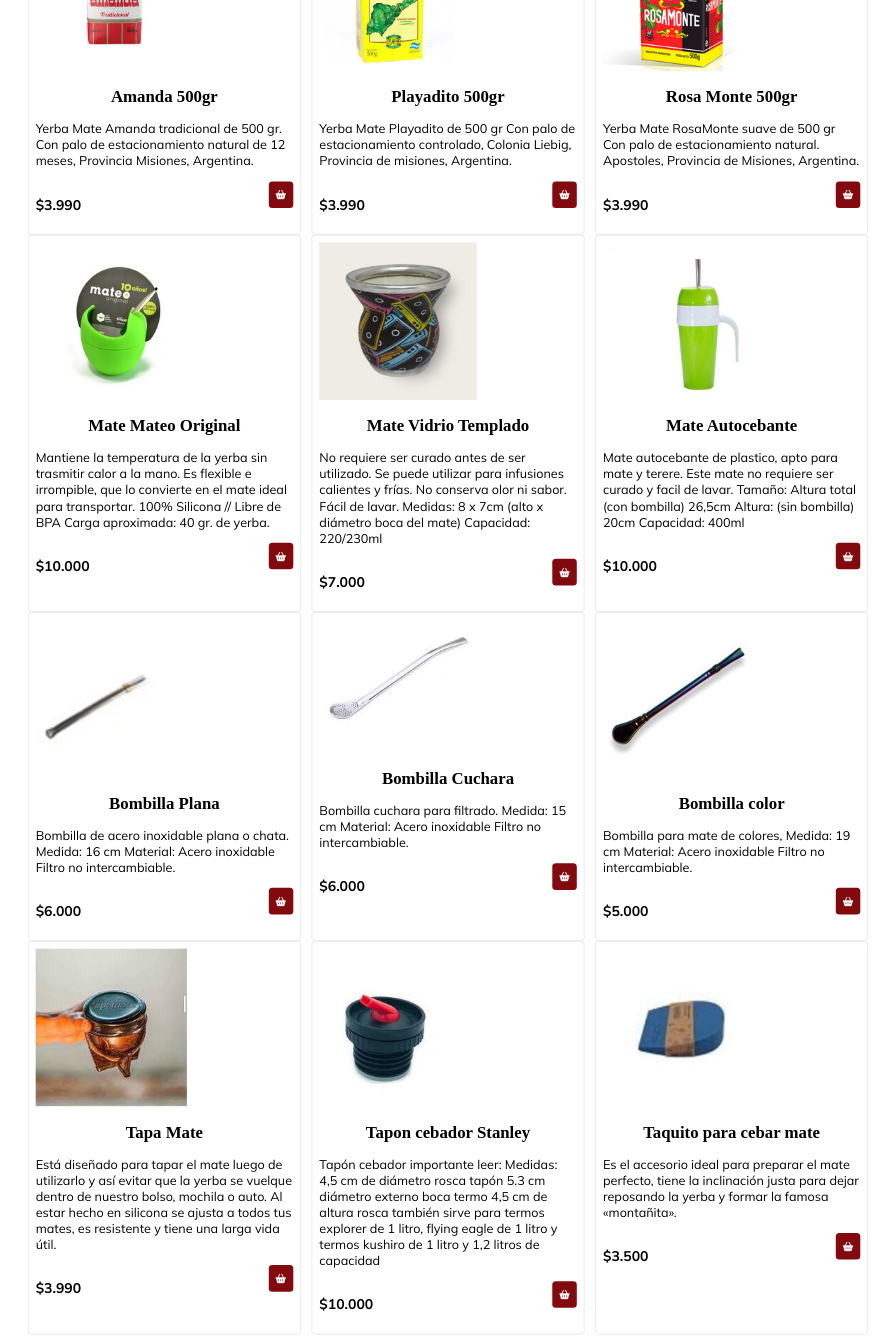
Repository: PiaTrujillo/LICANDEO-main
Page: index.html
These files come from the project's save history. The page is drawn as it stood at one moment and after the next save; the edit follows.
The browser window is 1280 px wide. The pictures show the part of the page from y = 1845 to 3765 px (the page is 3765 px tall before and 3742 px after), at 70% of full size.
A picture or video elsewhere on the page could not be fetched, so the positions and the page height are approximate. Some web fonts or font styles are not loaded; a fallback is used. Some web libraries are served in a nearby version.

Above is the page before, as saved 2023-05-12 18:42:06.

### index.html
<!DOCTYPE html>
<html lang="es">
  <head>
    <meta charset="utf-8" />
    <meta name="viewport" content="width=device-width, initial-scale=1.0" />
    <meta http-equiv="X-UA-Compatible" content="ie=edge" />
    <title>Tienda Licandeo</title>
    <script
      src="https://kit.fontawesome.com/283335a286.js"
      crossorigin="anonymous"
    ></script>
    <!--esta informacion es para el estilo de las letras estan en google font -->
    <link rel="preconnect" href="https://fonts.googleapis.com" />
    <link rel="preconnect" href="https://fonts.gstatic.com" crossorigin />
    <link
      href="https://fonts.googleapis.com/css2?family=Arima+Madurai:wght@700&family=Mulish:wght@400;700&display=swap"
      rel="stylesheet"
    />
    <link rel="stylesheet" href="css/normalize.css" />
    <link rel="stylesheet" href="css/estilos.css" />
  </head>

  <body>
    <!--Lo siguiente es el menu superior donde se establece el Logo y la navegacion-->
    <header class="encabezado">
      <div class="contenedor-navegacion">
        <!-- El Contenido-Navegacion es el padre de Logo y el menu de navegacion -->
        <div class="contenido-navegacion contenedor">
          <div class="logo">
            <!--colores a Licandeo-->
            <h2>
              Tienda <span class="">Li</span><span>can</span
              ><span class="">deo</span>
            </h2>
          </div>
          <nav class="navegacion ocultar">
            <a href="#">Inicio</a>
            <a href="#">Sobre Nosotros</a>
            <a href="#">Tienda</a>
            <a href="#">Ofertas</a>
            <a href="#">Tips Materos</a>
          </nav>
          <!--Se crea el menu desplegable-->
          <div class="hamburguesa"><span></span><span></span><span></span></div>
        </div>
      </div>
      <div class="contenido-header">
        <div class="contenedor-encabezado">
          <div class="texto-encabezado">
            <h2>Tienda Licandeo</h2>
            <a href="#" class="btn bordes">Un Mate</a>
          </div>
          <video autoplay loop muted>
            <source src="/videos/1portada.mp4" />
          </video>
        </div>
      </div>
    </header>

    <!--Diseño de la seccion web-->
    <div class="contenedor-nosotros contenedor">
      <div class="texto-nosotros">
        <p class="bienvenida">Bienvenidos Cebadores!</p>
        <h1>Quienes Somos</h1>
        <p>
          Bienvenido a Tienda Licandeo, un espacio dedicado a fortalecer la
          cultura matera en nuestro país. Nos apasiona la Yerba Mate y todo lo
          que representa, por lo que nos propusimos investigar sobre esta
          cultura en Chile. <br />
          Nos dimos cuenta de que muchas personas en nuestro país consumen la
          infusión en su día a día, especialmente en la región del sur. Además,
          muchos jóvenes están adoptando esta cultura que se ha transmitido de
          generación en generación. <br />
          Decidimos crear Tienda Licandeo para compartir nuestra experiencia y
          conocimiento sobre la cultura matera a través de las redes sociales.
          <br />
          Queremos difundir la cultura, sus beneficios y valores, y fomentar la
          producción local de Yerba Mate de alta calidad. <br />
          Únete a nosotros en nuestro viaje por la cultura matera y descubre la
          experiencia única y satisfactoria de disfrutar de la Yerba Mate.
          <br />
          ¡Te esperamos en Tienda Licandeo!
        </p>
        <a href="#" class="btn btn-rojo">Contactar</a>
      </div>
      <!-- Imagenes  -->
      <div class="imagenes-nosotros">
        <div class="imagen1">
          <img data-src="/imag/imagen1.JPG" alt="Mate frutillar" />
          <img data-src="/imag/imagen7.JPG" alt="Mate concepcion" />
        </div>
        <div class="imagenes2">
          <img data-src="/imag/imagen2.JPG" alt="Mate salto del petrohue" />
          <img data-src="/imag/imagen3.JPG" alt="Mate concepcion" />
        </div>
      </div>
    </div>

    <!-- Menu para los productos -->
    <section class="menu contenedor">
      <!-- Titulo -->
      <h2 class="texto-productos">Productos</h2>
      <!-- Botones de producto -->
      <div class="botones-productos">
        <button class="todos btn btn-verde">Todos</button>
        <button class="yerbamate btn btn-verde">Yerba Mate</button>
        <button class="mates btn btn-verde">Mates</button>
        <button class="bombilla btn btn-verde">Bombillas</button>
        <button class="accesorios btn btn-verde">Accesorios</button>
        <button class="sale btn btn-verde">Sale</button>
      </div>
      <!-- los productos a publicar -->
      <div class="productos">
        <!-- Yerba Mate  -->
        <div class="producto" data-producto="yerbamate">
          <!-- imagen -->
          <img data-src="/imag/Amanda500gr.jpg" alt="Amanda500gr" />
          <!-- nombre de producto -->
          <h2>Amanda 500gr</h2>
          <!-- reseña de producto -->
          <p>
            Yerba Mate Amanda tradicional de 500 gr. Con palo de estacionamiento
            natural de 12 meses, Provincia Misiones, Argentina.
          </p>
          <!-- precio y carrito -->
          <div class="precio">
            <p>$3.990</p>
            <button><i class="fas fa-shopping-basket"></i></button>
          </div>
        </div>
        <div class="producto" data-producto="yerbamate">
          <!-- imagen -->
          <img data-src="/imag/Playadito500gr.jpg" alt="Playadito500gr" />
          <!-- nombre de producto -->
          <h2>Playadito 500gr</h2>
          <!-- reseña de producto -->
          <p>
            Yerba Mate Playadito de 500 gr Con palo de estacionamiento
            controlado, Colonia Liebig, Provincia de misiones, Argentina.
          </p>
          <!-- precio y carrito -->
          <div class="precio">
            <p>$3.990</p>
            <button><i class="fas fa-shopping-basket"></i></button>
          </div>
        </div>
        <div class="producto" data-producto="yerbamate">
          <!-- imagen -->
          <img data-src="/imag/RosaMonte500gr.jpg" alt="RosaMonte500gr" />
          <!-- nombre de producto -->
          <h2>Rosa Monte 500gr</h2>
          <!-- reseña de producto -->
          <p>
            Yerba Mate RosaMonte suave de 500 gr Con palo de estacionamiento
            natural. Apostoles, Provincia de Misiones, Argentina.
          </p>
          <!-- precio y carrito -->
          <div class="precio">
            <p>$3.990</p>
            <button><i class="fas fa-shopping-basket"></i></button>
          </div>
        </div>
        <!--           Mates                    -->
        <div class="producto" data-producto="mates">
          <!-- imagen -->
          <img data-src="/imag/matemateo.jpg" alt="matemateo" />
          <!-- nombre de producto -->
          <h2>Mate Mateo Original</h2>
          <!-- reseña de producto -->
          <p>
            Mantiene la temperatura de la yerba sin trasmitir calor a la mano.
            Es flexible e irrompible, que lo convierte en el mate ideal para
            transportar. 100% Silicona // Libre de BPA Carga aproximada: 40 gr.
            de yerba.
          </p>
          <!-- precio y carrito -->
          <div class="precio">
            <p>$10.000</p>
            <button><i class="fas fa-shopping-basket"></i></button>
          </div>
        </div>
        <div class="producto" data-producto="mates">
          <!-- imagen -->
          <img
            data-src="/imag/matevidriotemplado.jpg"
            alt="matevidriotemplado"
          />
          <!-- nombre de producto -->
          <h2>Mate Vidrio Templado</h2>
          <!-- reseña de producto -->
          <p>
            No requiere ser curado antes de ser utilizado. Se puede utilizar
            para infusiones calientes y frías. No conserva olor ni sabor. Fácil
            de lavar. Medidas: 8 x 7cm (alto x diámetro boca del mate)
            Capacidad: 220/230ml
          </p>
          <!-- precio y carrito -->
          <div class="precio">
            <p>$7.000</p>
            <button><i class="fas fa-shopping-basket"></i></button>
          </div>
        </div>
        <div class="producto" data-producto="mates">
          <!-- imagen -->
          <img data-src="/imag/mateautocebante.jpg" alt="mateautocebante" />
          <!-- nombre de producto -->
          <h2>Mate Autocebante</h2>
          <!-- reseña de producto -->
          <p>
            Mate autocebante de plastico, apto para mate y terere. Este mate no
            requiere ser curado y facil de lavar. Tamaño: Altura total (con
            bombilla) 26,5cm Altura: (sin bombilla) 20cm Capacidad: 400ml
          </p>
          <!-- precio y carrito -->
          <div class="precio">
            <p>$10.000</p>
            <button><i class="fas fa-shopping-basket"></i></button>
          </div>
        </div>
        <!--             Bombillas              -->
        <div class="producto" data-producto="bombilla">
          <!-- imagen -->
          <img data-src="/imag/bombillaplana.jpg" alt="bombillaplana" />
          <!-- nombre de producto -->
          <h2>Bombilla Plana</h2>
          <!-- reseña de producto -->
          <p>
            Bombilla de acero inoxidable plana o chata. Medida: 16 cm Material:
            Acero inoxidable Filtro no intercambiable.
          </p>
          <!-- precio y carrito -->
          <div class="precio">
            <p>$6.000</p>
            <button><i class="fas fa-shopping-basket"></i></button>
          </div>
        </div>
        <div class="producto" data-producto="bombilla">
          <!-- imagen -->
          <img data-src="/imag/bombillacuchara.jpg" alt="bombillacuchara" />
          <!-- nombre de producto -->
          <h2>Bombilla Cuchara</h2>
          <!-- reseña de producto -->
          <p>
            Bombilla cuchara para filtrado. Medida: 15 cm Material: Acero
            inoxidable Filtro no intercambiable.
          </p>
          <!-- precio y carrito -->
          <div class="precio">
            <p>$6.000</p>
            <button><i class="fas fa-shopping-basket"></i></button>
          </div>
        </div>
        <div class="producto" data-producto="bombilla">
          <img data-src="/imag/bombillacolor.jpg" alt="bombillacolor" />
          <h2>Bombilla color</h2>
          <p>
            Bombilla para mate de colores, Medida: 19 cm Material: Acero
            inoxidable Filtro no intercambiable.
          </p>
          <div class="precio">
            <p>$5.000</p>
            <button><i class="fas fa-shopping-basket"></i></button>
          </div>
        </div>
        <div class="producto" data-producto="accesorios">
          <img data-src="/imag/tapamate.jpg" alt="tapamate" />
          <h2>Tapa Mate</h2>
          <p>
            Está diseñado para tapar el mate luego de utilizarlo y así evitar
            que la yerba se vuelque dentro de nuestro bolso, mochila o auto. Al
            estar hecho en silicona se ajusta a todos tus mates, es resistente y
            tiene una larga vida útil.
          </p>
          <div class="precio">
            <p>$3.990</p>
            <button><i class="fas fa-shopping-basket"></i></button>
          </div>
        </div>
        <div class="producto" data-producto="accesorios">
          <img data-src="/imag/taponcebador.jpg" alt="taponcebador" />
          <h2>Tapon cebador Stanley</h2>
          <p>
            Tapón cebador importante leer: Medidas: 4,5 cm de diámetro rosca
            tapón 5.3 cm diámetro externo boca termo 4,5 cm de altura rosca
            también sirve para termos explorer de 1 litro, flying eagle de 1
            litro y termos kushiro de 1 litro y 1,2 litros de capacidad
          </p>
          <div class="precio">
            <p>$10.000</p>
            <button><i class="fas fa-shopping-basket"></i></button>
          </div>
        </div>
        <div class="producto" data-producto="accesorios">
          <img data-src="/imag/taquito.jpg" alt="taquito" />
          <h2>Taquito para cebar mate</h2>
          <p>
            Es el accesorio ideal para preparar el mate perfecto, tiene la
            inclinación justa para dejar reposando la yerba y formar la famosa
            «montañita».
          </p>
          <div class="precio">
            <p>$3.500</p>
            <button><i class="fas fa-shopping-basket"></i></button>
          </div>
        </div>
      </div>
    </section>
    <!--Se enlaza Js con Css-->
    <script src="js/app.js"></script>
  </body>
</html>

### css/estilos.css
:root{
    --azul: #0021f5;
    --verde:#00A149;
    --blanco:#fff;
    --rojo:#820a0e;
    --oscuro:#000;
    --titulos:'Arima Madurai',cursive;
    --parrafos:'Mulish', sans-serif;
}
/* Valor calculado de un contenedro padre  */
html{
    box-sizing: border-box;
    /*1rem = 10px*/
    font-size: 62.5%;
}
body{
    font-size: 1.6rem;
    overflow-x: hidden;
}

*,*::after, *::before{
    box-sizing: inherit;
}
/*        Globales              */
.contenedor{
    max-width: 120rem;
    margin: 0 auto;
    width: 95%;
}
/* fuentes para los titulo y parrafos*/
h1,h2{
    font-family: var(--titulos);
}
h3, p, a{
    font-family: var(--parrafos);
}
/* ubicacion de las imegenes */
img{
    max-width: 100%;
}
/*Estos colores se agregan al titulo con span */
.azul{
    color: var(--azul);
}
.rojo{
    color: var(--rojo);
}
.verde{
    color: var(--verde);
}
/*Que se oculte el menu*/
.ocultar{
    display: none;
    color: var(--blanco);
}
/* Color y estilos de la X */
.btn-cerrar{
    font-size: 3rem;
    font-weight: bold;
    color: var(--blanco);
    position: absolute;
    top: 0;
    right: 50px;
    user-select: none;
}
/*Al posicionar el puntero en la X aparece la mano */
.btn-cerrar:hover{
    cursor: pointer;
}
/* Para el texto Un mate que se encuentra sobre del video */
.btn{
    text-decoration: none;
    color: var(--blanco);
    font-size: 2rem;
    text-transform: capitalize;
    padding: 1rem 5rem;
    border-radius: 5px;
    transition: all .3s ease-in-out;
}
/* para moviles el texto */
@media(min-width:768px){
    .btn{
        font-size: 2.2rem;
    }
}
/* Se agrega el borde a el texto Un Mate */
.bordes{
    border: 3px solid var(--blanco);
}
@media(min-width: 768px) {
    .bordes{
        border: 4px solid var(--blanco);
    }
}
.bordes:hover{
    color: var(--verde);
    background-color: var(--blanco);
}
/* Boton abajo del texto */
.btn-rojo{
    background-color: var(--rojo);
    font-weight: bold;
    display: inline-block;
    margin-top: 2rem;
    margin-bottom: 2rem;
}
.btn-verde{
    background-color: var(--verde);
    border: none;
    display: inline-block;
    margin-bottom: 2rem;
    font-family: var(--parrafos);
}
.btn-verde:hover{
    background-color: var(--rojo);
}

/* como se sopreponer los elementos */
.pantalla-completa{
    position: absolute;
    top: 0;
    left: 0;
    bottom: 0;
    right: 0;
    background-color: rgba(0,0,0,.5);
    z-index: 4;
}
@keyframes desplazamiento {
    0%{
        transform: translateX(100%);
    }

    100%{
        transform:translateX(0);
    }
}

/*Encabezado*/
/*color de contenedor de logo y menu*/
.contenedor-navegacion{
    background-color: var(--oscuro);
    position: relative;
    z-index: 5;
}
.contenido-navegacion{
    display: flex;
    align-items: center;
    justify-content: space-between;
}
/*color para el logo y el menu*/
.logo h2, .navegacion a {
    color: var(--blanco);
}
.logo h2{
    font-size: 3rem;
}
/* quitar las lineas ubicadas abajo del menu de navegacion*/
/* Estilos de movil*/
.navegacion a{
    text-decoration: none;
    font-size: 2.2rem;
    padding: 1.5rem;
    padding-left: 4rem;
    /* para el menu de navegacion se vea de modo vertical*/
    display: block;
    /* transicion del menu de naveghacion */
    transition: color .3s ease-in-out;
    text-align: center;
}
@media(min-width: 768px) {
    .navegacion a{
        text-align: left;
    }
}
/* colores de las letras pares e impares del menu de navegacion */
.navegacion a:nth-child(even):hover{
    color: var(--verde);
}
.navegacion a:nth-child(odd):hover{
    color: var(--verde);
}
.navegacion a:first-of-type{
    margin-top: 5rem;
}
/* para que el menu de navegacion se posicione al costado derecho*/
.navegacion{
    position: absolute;
    top: 0;
    right: 0;
    bottom: 0;
    height: 100vh;
    width: 40rem;
    padding: 3rem 4rem;
    background-color: var(--oscuro);
    animation: desplazamiento .5s ease-in-out;
}
/*Al posicionarse en el menu hamburguesa aparezca la mano */
.hamburguesa:hover{
    cursor: pointer;
}
/*Menu desplegable ubicado en index*/
.hamburguesa span{
    background-color: var(--blanco);
    display: block;
    width: 5rem;
    height: .5rem;
    margin-bottom: .5rem;
    animation: desplazamiento .5s ease-in-out;
}
/* Video */
.contenido-header{
    position: relative;
}
.contenido-header::before{
    content: '';
    position: absolute;
    top:0;
    left: 0;
    right: 0;
    bottom: 0;
    background-color: rgba(0,0,0,.5);
}
/* posicionar texto al medio del video */
.texto-encabezado{
    position: absolute;
    z-index: 2;
    width: 100%;
    height: 80%;
    display: flex;
    flex-direction: column;
    /* se alinea al centro del video el texto */
    align-items: center;
    justify-content: center;
}
.texto-encabezado h2{
    color: var(--blanco);
    font-size: 4rem;
}
/* respons para movil */
@media(min-width: 768px) {
    .texto-encabezado h2{
        font-size: 8rem;
    }
}
video{
    width: 100%;
    height: 100%;
}
/* Imagenes */
.contenedor-nosotros{
    padding-top: 5rem;
}
@media(min-width: 768px) {
    .contenedor-nosotros{
        display: flex;
        justify-content: space-between;
    }
}
.texto-nosotros, .imagenes-nosotros{
    flex: 0 0 calc(50% - 1rem) ;
}
/* Texto de las imagenes */
.texto-nosotros .bienvenida{
    font-size: 2rem;
    color: var(--verde);
    text-align: center;
}
@media(min-width: 768px) {
    .texto-nosotros .bienvenida{
        text-align: left;
    }
}
.texto-nosotros h1{
    font-size: 3rem;
    text-align: center;
}
@media(min-width: 768px) {
    .texto-nosotros h1{
        text-align: left;
    }
}
.texto-nosotros p{
    font-size: 2rem;
    text-align: center;
}
@media(min-width: 768px) {
    .texto-nosotros p{
        text-align: left;
    }
}
.imagenes-nosotros{
    display: flex;
    justify-content: space-between;
}
.imagen1, .imagenes2{
    flex: 0 0 calc(50% - 1rem);
    margin-top: 140px;
}
.imagenes-nosotros img{
    border-radius: 5px;
}

.imagenes2 img{
    margin-bottom: 1rem;
}
.menu{
    padding-top: 4rem;
}
/*     productos     */
.texto-productos{
    text-align: center;
    font-size: 5rem;
}
.botones-productos{
    display: flex;
    flex-wrap: wrap;
    justify-content: space-between;
}
.botones-productos button{
    flex: 0 0 calc(50% - 1rem);
    padding: 1rem 3rem;
}
@media(min-width: 768px) {
    .botones-productos{
        display: inline-block;
    }
    .botones-productos button{
        flex: unset;
    }
}
/* Productos para cada caso */
@media(min-width: 768px){
    .productos{
    display: flex;
    justify-content: space-between;
    flex-wrap: wrap;
    margin-top: auto;
}
}

.producto{
    flex: 0 0 calc(33.3% - 1rem);
    border: 1px solid #e1e1e1;
    padding: 1rem;
    border-radius: 5px;
}
.producto h2{
    text-align: center;
}
.producto p{
    font-size: 1.8rem;
}
.precio{
    display: flex;
    justify-content: space-between;
}
.precio p{
    font-weight: bold;
    font-size: 2rem;
}
.precio button{
    padding:1rem;
    border-radius: 5px;
    border: none;
    background-color: var(--rojo);
    color: var(--blanco);
    height: 3.8rem;
    font-family: var(--parrafos);
}

Loaded but not shown: TestDjango/core/templates/core/css/normalize.css (library); js/app.js (122 lines, source omitted)

After the next save:
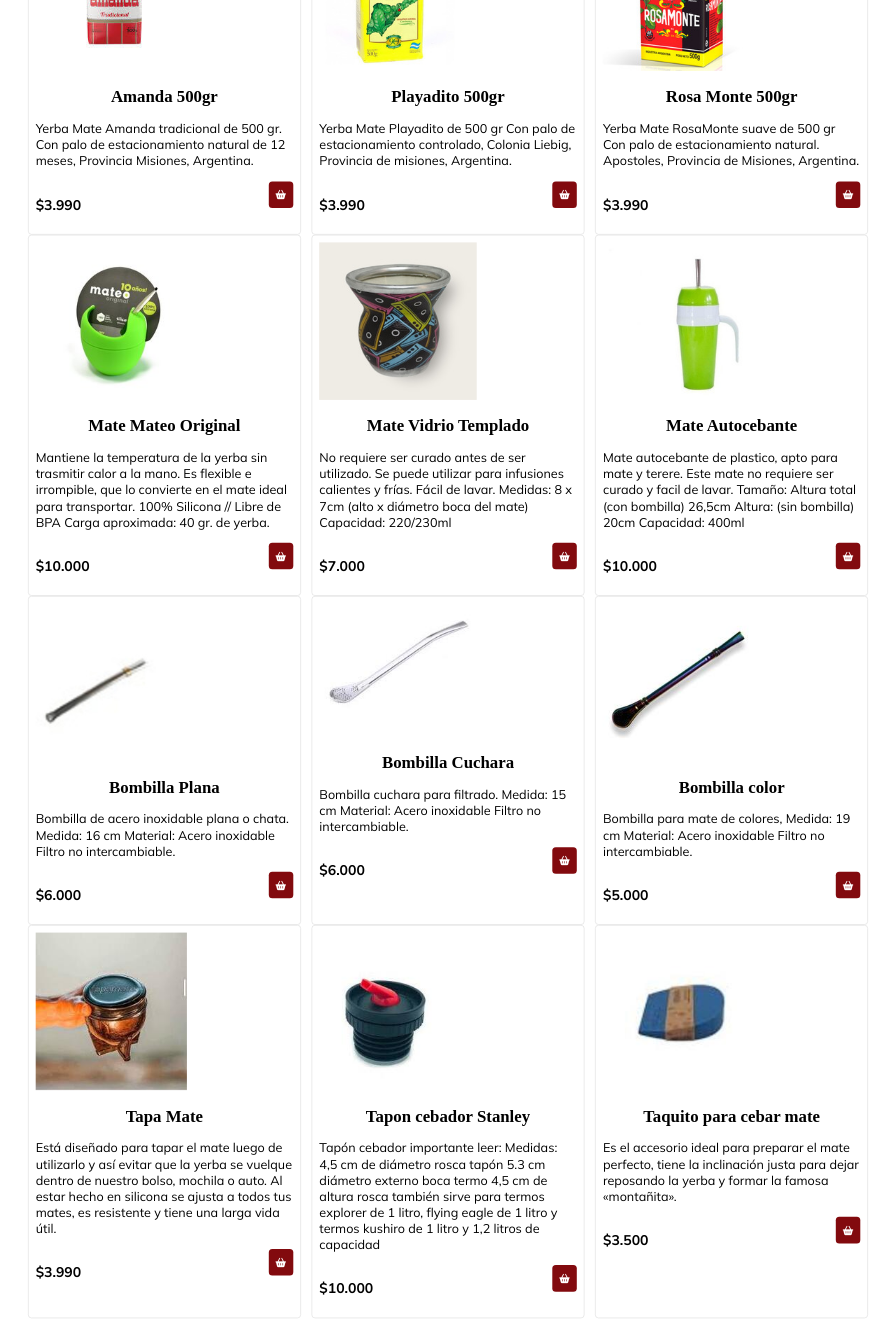
Saved 18 s later.
--- a/index.html
+++ b/index.html
@@ -190,9 +190,8 @@
           <!-- reseña de producto -->
           <p>
             No requiere ser curado antes de ser utilizado. Se puede utilizar
-            para infusiones calientes y frías. No conserva olor ni sabor. Fácil
-            de lavar. Medidas: 8 x 7cm (alto x diámetro boca del mate)
-            Capacidad: 220/230ml
+            para infusiones calientes y frías. Fácil de lavar. Medidas: 8 x 7cm
+            (alto x diámetro boca del mate) Capacidad: 220/230ml
           </p>
           <!-- precio y carrito -->
           <div class="precio">
